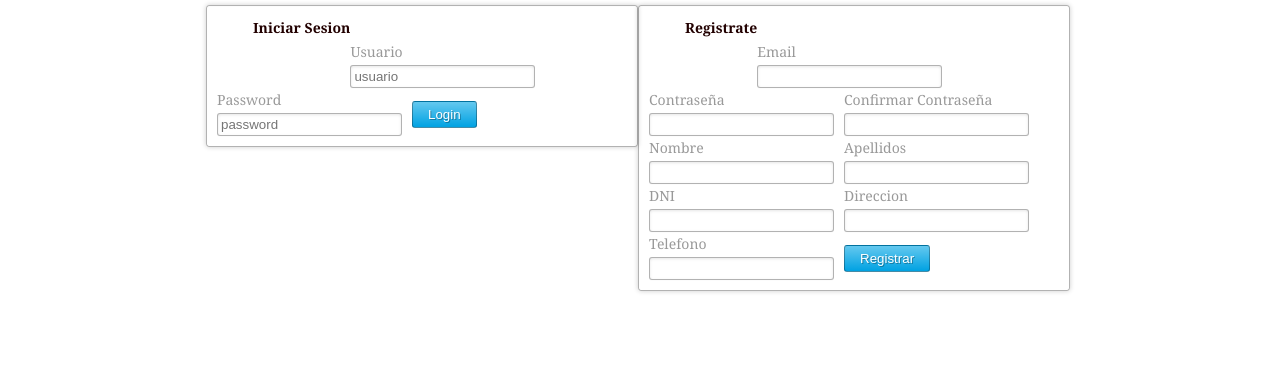
Repository: ProSoft-PDSI/sdsddo
Page: http://localhost/sdsr/LoginRegistro.jsp
An editor plug-in stored every save of this project. The page is shown before and after the next save, followed by the edit.
The browser window is 1280 px wide. The pictures show the whole page.
The page is served by Tomcat 9.

Above is the page before, as saved 2014-07-20 01:58:23.
Console error: TypeError: Cannot read properties of undefined (reading 'appendTo')

After the next save:
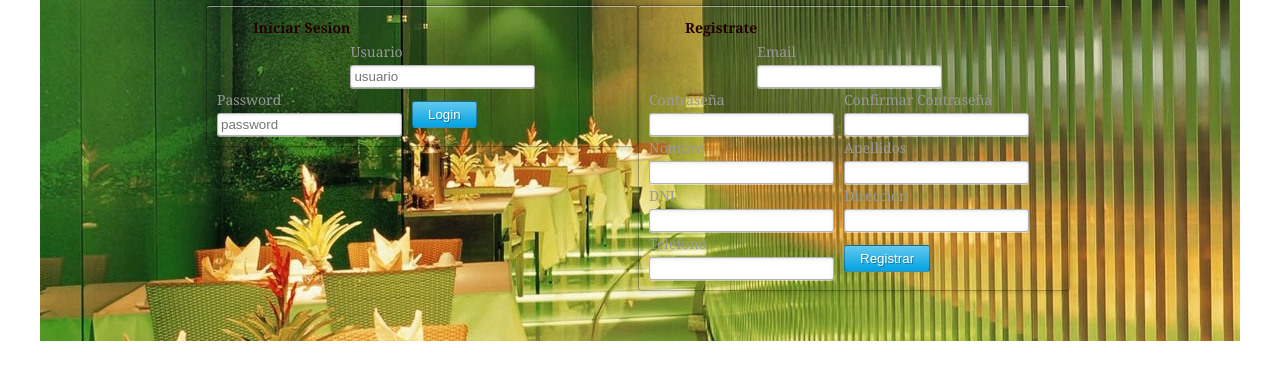
Saved 13 s later.
--- a/Web/sdsr/WebContent/LoginRegistro.jsp
+++ b/Web/sdsr/WebContent/LoginRegistro.jsp
@@ -15,7 +15,7 @@ body {
 </head>
 <body id="page5">
 <div class="body6" id="marco">
-	<div class="body1" id="marco">
+	<div class="body1">
 		<div class="main">
 <!-- content -->
 			<article id="content">
